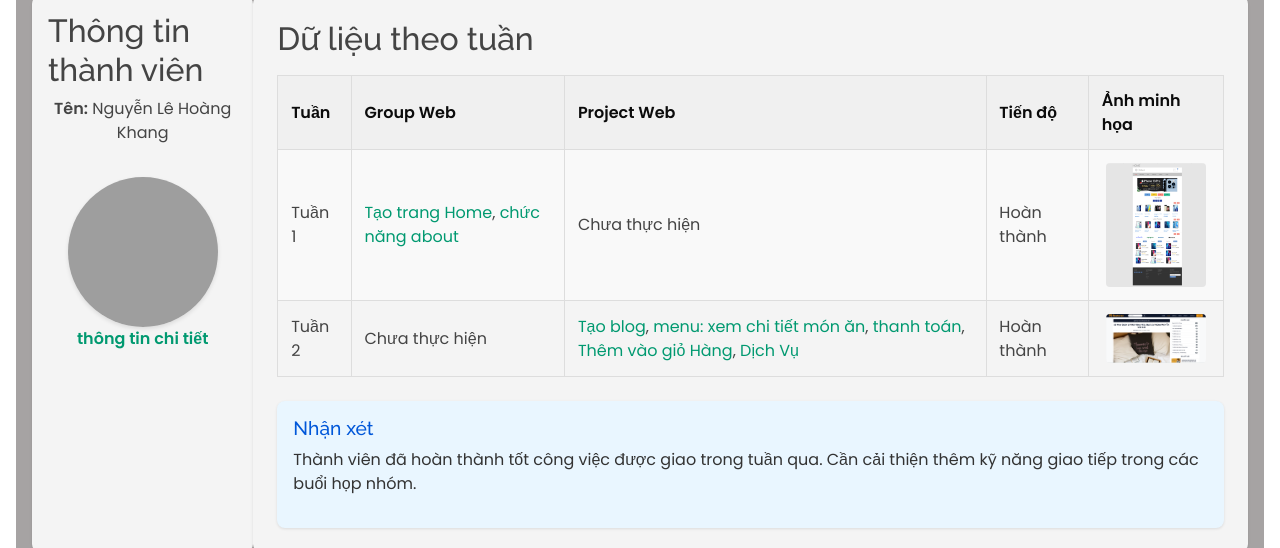
Repository: HoangKhangKhuPho4/Group_Web
Page: results.html
An editor plug-in stored every save of this project. The page is shown before and after the next save, followed by the edit.
The browser window is 1280 px wide. The pictures show the part of the page from y = 1113 to 1661 px (the page is 3095 px tall).
Pictures or frames that could not be fetched are drawn as grey boxes. A picture or video elsewhere on the page could not be fetched, so the positions and the page height are approximate.

Above is the page before, as saved 2025-01-18 19:56:30.

After the next save:
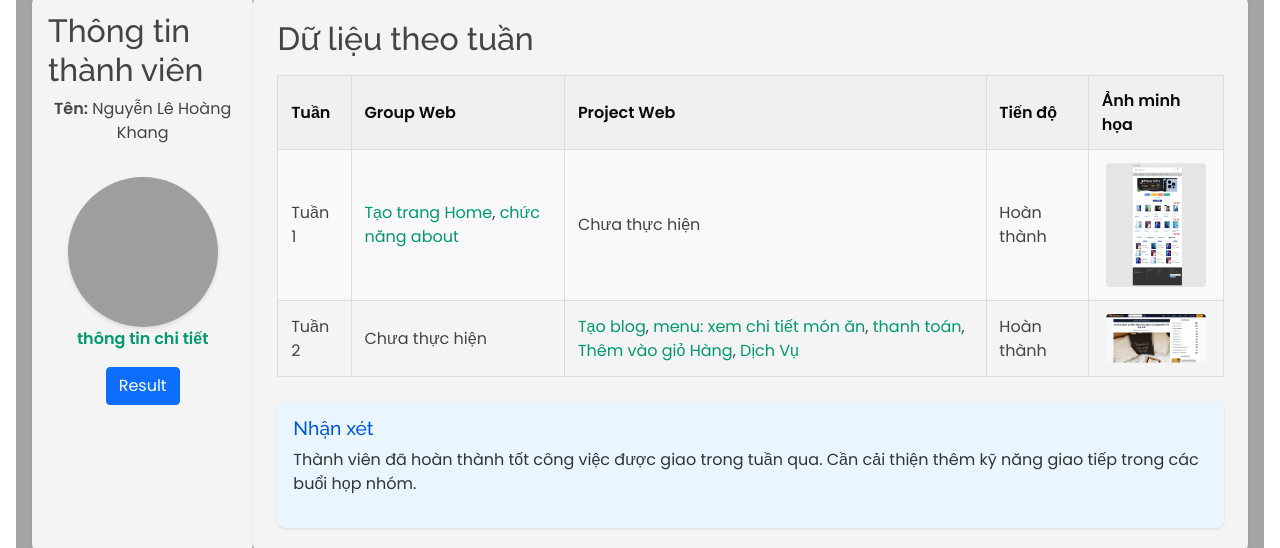
Saved 3 min 29 s later.
--- a/results.html
+++ b/results.html
@@ -185,6 +185,7 @@
             <p><strong>Tên:</strong> Nguyễn Lê Hoàng Khang</p>
             <img src="assets/img/team/team-3.png" alt="Ảnh thành viên" class="member-photo">
             <p><strong><a href="https://www.facebook.com/profile.php?id=100088292157574&locale=vi_VN">thông tin chi tiết</a></strong></p>
+            <p><strong><a href="result.html" class="btn btn-primary">Result</a></strong></p>
         </div>
     </div>
     <div class="weekly-data">
